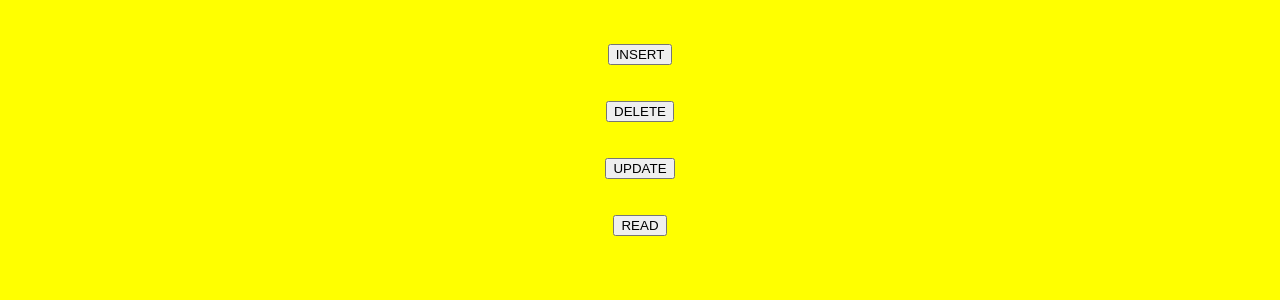
Repository: Thaneshwara848/E-Y
Page: Jdbc-Servlet-Jsp/Webemo5/src/main/webapp/MainEmp.html
The author's editor kept a copy of each file at every save. The page is drawn from the files as they stood at one save, then again after the next save.
The browser window is 1280 px wide. The pictures show the whole page.

Above is the page before, as saved 2023-05-22 05:06:09.

After the next save:
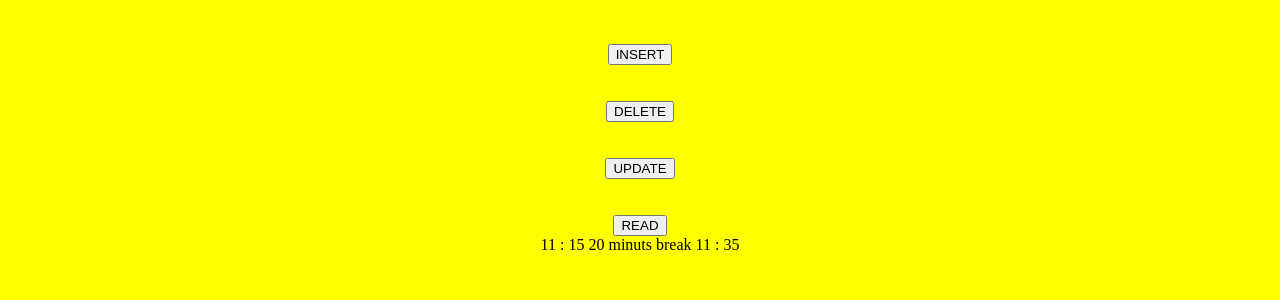
Saved 39 min 11 s later.
--- a/Jdbc-Servlet-Jsp/Webemo5/src/main/webapp/MainEmp.html
+++ b/Jdbc-Servlet-Jsp/Webemo5/src/main/webapp/MainEmp.html
@@ -11,24 +11,22 @@
 	<form action="Register.html">
 			<br><br><input type="submit" value="INSERT"><br>
 
-	</form>
-
-
-
+	</for>
 	<form action="DeletetRecord.html">
 			<br><br><input type="submit" value="DELETE"><br>
 	</form>
-
 
 	<form action="UpdateRecord.html">
 			<br><br><input type="submit" value="UPDATE"><br>
 	</form>
 
-
-
 	<form action="ReadRecord">
 			<br><br><input type="submit" value="READ"><br>
 	</form>
+
+	11 : 15
+		20 minuts break
+	11 : 35
 
 </div>
 
